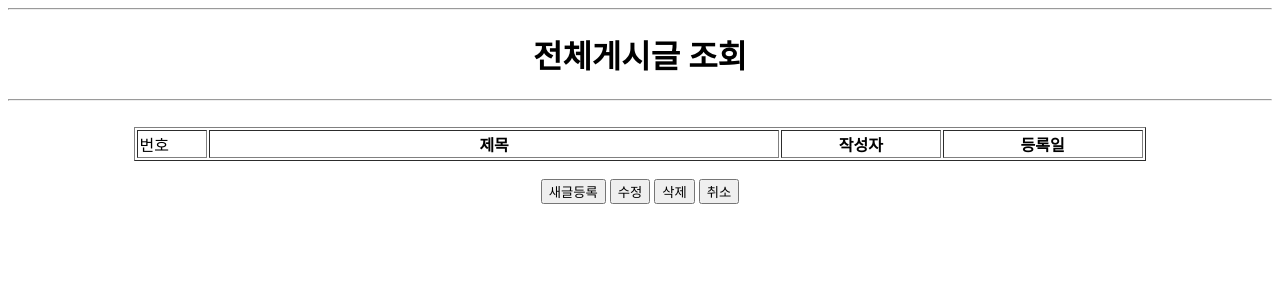
Repository: skim24245/web_workspace_src
Page: http://localhost/Mission-Web/jsp/board/list.jsp
An editor plug-in stored every save of this project. The page is shown before and after the next save, followed by the edit.
The browser window is 1280 px wide. The pictures show the whole page.
The page is served by Tomcat 9. Other server files are loaded and not shown. Queries for data that is not in the repository find no rows.

Above is the page before, as saved 2022-06-07 09:54:18.

### Mission-Web/src/main/webapp/jsp/board/list.jsp

<%@page import="kr.ac.kopo.util.JDBCClose"%>
<%@page import="java.sql.ResultSet"%>
<%@page import="java.sql.PreparedStatement"%>
<%@page import="java.sql.Connection"%>
<%@page import="kr.ac.kopo.util.ConnectionFactory"%>
<%@ page language="java" contentType="text/html; charset=UTF-8"
	pageEncoding="UTF-8"%>

<%--
작업 순서
1. t_board 테이블에서 전체게시글 조회
2. 조회된 게시물을 하나씩 웹브라우저 출력
--%>

<%
Connection conn = new ConnectionFactory().getConnection();
StringBuilder sql = new StringBuilder();
sql.append("select no, title, writer, to_char(reg_date, 'yyyy-mm-dd')as reg_date ");
sql.append(" from t_board");
sql.append(" order by no desc");
PreparedStatement pstmt = conn.prepareStatement(sql.toString());
ResultSet rs = pstmt.executeQuery();
%>
<!DOCTYPE html>
<html>
<head>
<meta charset="UTF-8">
<title>게시물 목록</title>
<script src="/Mission-Web/resource/js/jquery-3.6.0.min.js"></script>
<script>
$(document).ready(function(){
	$('#addBtn').click(function(){
		location.href = 'writeForm.jsp'
	})
})
</script>
</head>
<!-- http://localhost9999/Mission-Web/jsp/board/list.jsp -->
<body>

	<div align="center">
		<hr>
		<h1>전체게시글 조회</h1>
		<hr>
		<br>
		<table border="1" style="width: 80%">
			<tr>
				<td width="7%">번호</td>
				<th>제목</th>
				<th width="16%">작성자</th>
				<th width="20%">등록일</th>
			</tr>
			<%
			while(rs.next()){
				int no = rs.getInt("no");
				String title = rs.getString("title");
				String writer =rs.getString("writer");
				String regDate = rs.getString("reg_date");
			%>
			<tr>
				<td><%=no %></td>
				<td><a href="detail.jsp?no=<%=no%>"><%=title %></a></td>
				<td><%=writer %></td>
				<td><%=regDate %></td>
			</tr>

			<%
			}
			%>
		</table>
		<br>
		<button id="addBtn">새글등록</button>
		<button id="updateBtn">수정</button>
		<button id="deleteBtn">삭제</button>
		<button id="backBtn">취소</button>


	</div>


</body>
</html>
<%
JDBCClose.close(pstmt, conn);
%>

### Mission-Web/src/main/java/kr/ac/kopo/util/ConnectionFactory.java
package kr.ac.kopo.util;

import java.sql.Connection;
import java.sql.DriverManager;

public class ConnectionFactory {

	public Connection getConnection() {

			Connection conn = null;

			try {
				Class.forName("oracle.jdbc.driver.OracleDriver");

				String url = "jdbc:oracle:thin:@192.168.119.119:1521:dink";
				String user = "scott";
				String password = "tiger";

				conn = DriverManager.getConnection(url, user, password);
			} catch (Exception e) {
				e.printStackTrace();
			}

			return conn;
		}
	}

### Mission-Web/src/main/java/kr/ac/kopo/util/JDBCClose.java
package kr.ac.kopo.util;

import java.sql.Connection;
import java.sql.SQLException;
import java.sql.Statement;

public class JDBCClose {

	public static void close(Statement stmt, Connection conn) {
		if (stmt != null) {
			try {
				stmt.close();
			} catch (SQLException e) {
				e.printStackTrace();
			}
		}
		if (conn != null) {
			try {
				conn.close();
			} catch (SQLException e) {
				e.printStackTrace();
			}
		}
	}
}

Loaded but not shown: Mission-Web/src/main/webapp/resource/js/jquery-3.6.0.min.js (library)

After the next save:
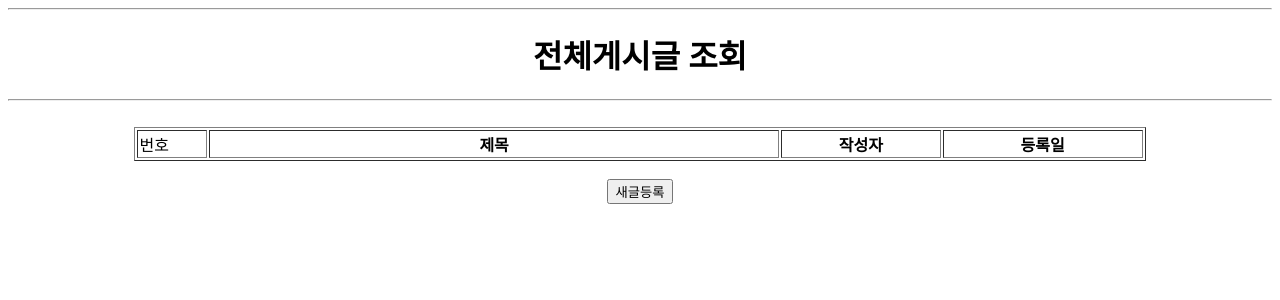
Saved 73 s later.
--- a/Mission-Web/src/main/webapp/jsp/board/list.jsp
+++ b/Mission-Web/src/main/webapp/jsp/board/list.jsp
@@ -71,9 +71,6 @@ $(document).ready(function(){
 		</table>
 		<br>
 		<button id="addBtn">새글등록</button>
-		<button id="updateBtn">수정</button>
-		<button id="deleteBtn">삭제</button>
-		<button id="backBtn">취소</button>
 
 
 	</div>
